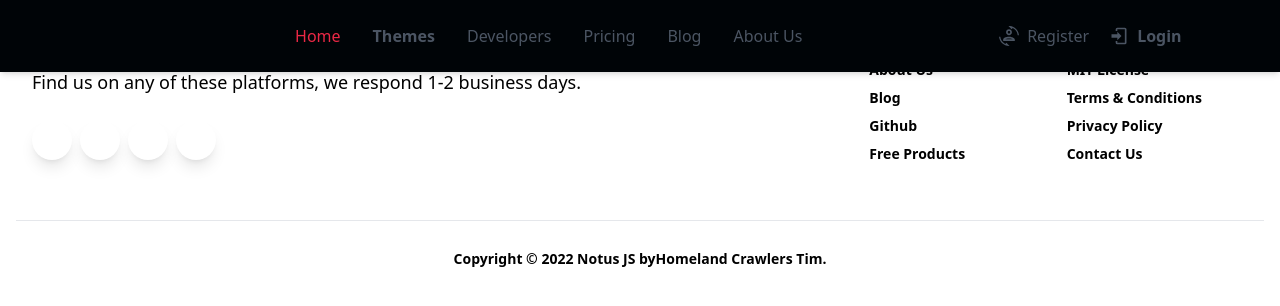
Repository: ghrabla/SVG-Statistics-React-Nest-Typescript
Page: / (app in client/)
These files come from the project's save history. The page is drawn as it stood at one moment and after the next save; the edit follows.
The browser window is 1280 px wide. The pictures show the whole page.
The project was rebuilt for these pictures with package versions that can differ from the ones it lists, and the page was loaded fresh each time. Also part of the build but not shown: client/src/Admin/LoginAdmin.js, client/src/users/LoginUser.js, client/src/users/Register.js.

Above is the page before, as saved 2022-12-01 11:21:54.

### client/src/App.js
import './App.css';
import Home from "./pages/Home";
import LoginAdmin from "./Admin/LoginAdmin"
import LoginUser from "./users/LoginUser";
import Register from "./users/Register";
import { Routes, Route } from "react-router-dom";




function App() {
  return (
    <>
    <Routes>
    <Route path="/" element={<Home />} />
    <Route path="/LoginAdmin" element={<LoginAdmin />} />
    <Route path="/LoginUser" element={<LoginUser />} />
    <Route path="/Register" element={<Register />} />
    </Routes>
    </>
  );
}

export default App;

### client/src/pages/Home.js
import React from "react";
import Footer from '../components/Footer'
import NavBar from '../components/NavBar';

function Home() {
    return (
        <div>
        <div className='flex'>
       <NavBar/>
       </div>
       <div>
    <Footer/>
    </div>
       </div>

    )
}
export default Home;

### client/src/components/Footer.js
import React from "react";
function Footer(){
    return (
<footer class="relative bg-blueGray-200 pt-8 pb-6">
  <div class="container mx-auto px-4">
    <div class="flex flex-wrap text-left lg:text-left">
      <div class="w-full lg:w-6/12 px-4">
        <h4 class="text-3xl fonat-semibold text-blueGray-700">Let's keep in touch!</h4>
        <h5 class="text-lg mt-0 mb-2 text-blueGray-600">
          Find us on any of these platforms, we respond 1-2 business days.
        </h5>
        <div class="mt-6 lg:mb-0 mb-6">
          <button class="bg-white text-lightBlue-400 shadow-lg font-normal h-10 w-10 items-center justify-center align-center rounded-full outline-none focus:outline-none mr-2" type="button">
            <i class="fab fa-twitter"></i></button><button class="bg-white text-lightBlue-600 shadow-lg font-normal h-10 w-10 items-center justify-center align-center rounded-full outline-none focus:outline-none mr-2" type="button">
            <i class="fab fa-facebook-square"></i></button><button class="bg-white text-pink-400 shadow-lg font-normal h-10 w-10 items-center justify-center align-center rounded-full outline-none focus:outline-none mr-2" type="button">
            <i class="fab fa-dribbble"></i></button><button class="bg-white text-blueGray-800 shadow-lg font-normal h-10 w-10 items-center justify-center align-center rounded-full outline-none focus:outline-none mr-2" type="button">
            <i class="fab fa-github"></i>
          </button>
        </div>
      </div>
      <div class="w-full lg:w-6/12 px-4">
        <div class="flex flex-wrap items-top mb-6">
          <div class="w-full lg:w-4/12 px-4 ml-auto">
            <span class="block uppercase text-blueGray-500 text-sm font-semibold mb-2">Useful Links</span>
            <ul class="list-unstyled">
              <li>
                <a class="text-blueGray-600 hover:text-blueGray-800 font-semibold block pb-2 text-sm" href="https://www.creative-tim.com/presentation?ref=njs-profile">About Us</a>
              </li>
              <li>
                <a class="text-blueGray-600 hover:text-blueGray-800 font-semibold block pb-2 text-sm" href="https://blog.creative-tim.com?ref=njs-profile">Blog</a>
              </li>
              <li>
                <a class="text-blueGray-600 hover:text-blueGray-800 font-semibold block pb-2 text-sm" href="https://www.github.com/creativetimofficial?ref=njs-profile">Github</a>
              </li>
              <li>
                <a class="text-blueGray-600 hover:text-blueGray-800 font-semibold block pb-2 text-sm" href="https://www.creative-tim.com/bootstrap-themes/free?ref=njs-profile">Free Products</a>
              </li>
            </ul>
          </div>
          <div class="w-full lg:w-4/12 px-4">
            <span class="block uppercase text-blueGray-500 text-sm font-semibold mb-2">Other Resources</span>
            <ul class="list-unstyled">
              <li>
                <a class="text-blueGray-600 hover:text-blueGray-800 font-semibold block pb-2 text-sm" href="/">MIT License</a>
              </li>
              <li>
                <a class="text-blueGray-600 hover:text-blueGray-800 font-semibold block pb-2 text-sm" href="https://creative-tim.com/terms?ref=njs-profile">Terms &amp; Conditions</a>
              </li>
              <li>
                <a class="text-blueGray-600 hover:text-blueGray-800 font-semibold block pb-2 text-sm" href="https://creative-tim.com/privacy?ref=njs-profile">Privacy Policy</a>
              </li>
              <li>
                <a class="text-blueGray-600 hover:text-blueGray-800 font-semibold block pb-2 text-sm" href="https://creative-tim.com/contact-us?ref=njs-profile">Contact Us</a>
              </li>
            </ul>
          </div>
        </div>
      </div>
    </div>
    <hr class="my-6 border-blueGray-300"/>
    <div class="flex flex-wrap items-center md:justify-between justify-center">
      <div class="w-full md:w-4/12 px-4 mx-auto text-center">
        <div class="text-sm text-blueGray-500 font-semibold py-1">
          Copyright © <span id="get-current-year">2022</span>
          <a href="/" class="text-blueGray-500 hover:text-gray-800" > Notus JS by</a>
          <a href="/" class="text-blueGray-500 hover:text-blueGray-800">Homeland Crawlers Tim</a>.
        </div>
      </div>
    </div>
  </div>
</footer>
    );
}
export default Footer;

### client/src/components/NavBar.js
import React from "react";
function NavBar () {
    return (
<div>
<nav class="flex justify-around py-4 bg-[#000407]
backdrop-blur-md shadow-md w-full
fixed top-0 left-0 right-0 z-10">
<div class="flex items-center">

    <a class="cursor-pointer">
        <h3 class="text-2xl font-medium text-[#ea2845]">
            <img class="h-10 object-cover"
                src="/" alt="" />
        </h3>
    </a>
</div>
<div class="items-center hidden space-x-8 lg:flex">
    <a class="flex text-[#ea2845] hover:text-[#ea2845]
        cursor-pointer transition-colors duration-300">
        Home
    </a>

    <a class="flex text-gray-600
        cursor-pointer transition-colors duration-300
        font-semibold text-blue-600">
        Themes
    </a>

    <a class="flex text-gray-600 hover:text-blue-500
        cursor-pointer transition-colors duration-300">
        Developers
    </a>

    <a class="flex text-gray-600 hover:text-blue-500
        cursor-pointer transition-colors duration-300">
        Pricing
    </a>

    <a class="flex text-gray-600 hover:text-blue-500
        cursor-pointer transition-colors duration-300">
        Blog
    </a>

    <a class="flex text-gray-600 hover:text-blue-500
        cursor-pointer transition-colors duration-300">
        About Us
    </a>
</div>
<div class="flex items-center space-x-5">

    <a  href="/Register" class="flex text-gray-600 hover:text-blue-500
        cursor-pointer transition-colors duration-300">

        <svg class="fill-current h-5 w-5 mr-2 mt-0.5"  version="1.1" width="24" height="24"
            viewBox="0 0 24 24">
            <path
                d="M12 0L11.34 .03L15.15 3.84L16.5 2.5C19.75 4.07 22.09 7.24 22.45 11H23.95C23.44 4.84 18.29 0 12 0M12 4C10.07 4 8.5 5.57 8.5 7.5C8.5 9.43 10.07 11 12 11C13.93 11 15.5 9.43 15.5 7.5C15.5 5.57 13.93 4 12 4M12 6C12.83 6 13.5 6.67 13.5 7.5C13.5 8.33 12.83 9 12 9C11.17 9 10.5 8.33 10.5 7.5C10.5 6.67 11.17 6 12 6M.05 13C.56 19.16 5.71 24 12 24L12.66 23.97L8.85 20.16L7.5 21.5C4.25 19.94 1.91 16.76 1.55 13H.05M12 13C8.13 13 5 14.57 5 16.5V18H19V16.5C19 14.57 15.87 13 12 13M12 15C14.11 15 15.61 15.53 16.39 16H7.61C8.39 15.53 9.89 15 12 15Z" />
        </svg>

        Register
    </a>
    <a href="/LoginUser" class="flex text-gray-600
        cursor-pointer transition-colors duration-300
        font-semibold text-blue-600">

        <svg class="fill-current h-5 w-5 mr-2 mt-0.5"  version="1.1" width="24" height="24"
            viewBox="0 0 24 24" >
            <path
                d="M10,17V14H3V10H10V7L15,12L10,17M10,2H19A2,2 0 0,1 21,4V20A2,2 0 0,1 19,22H10A2,2 0 0,1 8,20V18H10V20H19V4H10V6H8V4A2,2 0 0,1 10,2Z" />
        </svg>

        Login
    </a>
</div>
</nav>
</div>
    )
}
export default NavBar;

Loaded but not shown: client/public/index.html (common file); client/src/index.js (common file); client/src/index.css (common file); client/src/reportWebVitals.js (common file); client/tailwind.config.js (common file); client/src/App.css (no stored copy; drawn as an empty file)

After the next save:
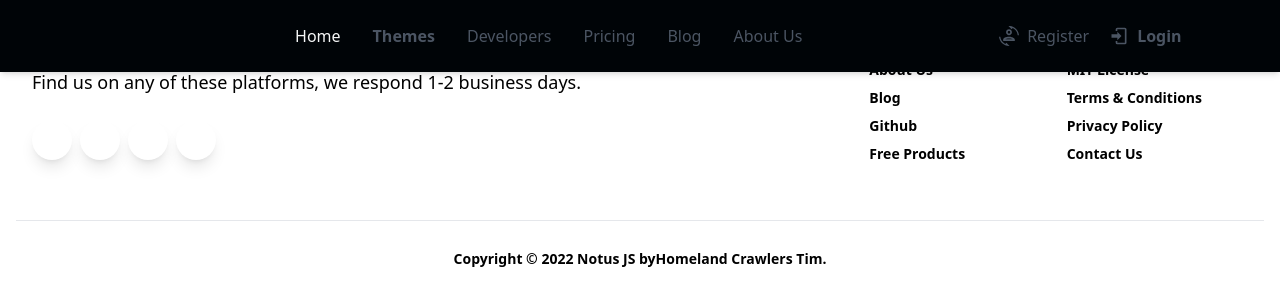
Saved 13 s later.
--- a/client/src/components/NavBar.js
+++ b/client/src/components/NavBar.js
@@ -15,7 +15,7 @@ fixed top-0 left-0 right-0 z-10">
     </a>
 </div>
 <div class="items-center hidden space-x-8 lg:flex">
-    <a class="flex text-[#ea2845] hover:text-[#ea2845]
+    <a class="flex text-[#F5F7F7] hover:text-[#ea2845]
         cursor-pointer transition-colors duration-300">
         Home
     </a>
